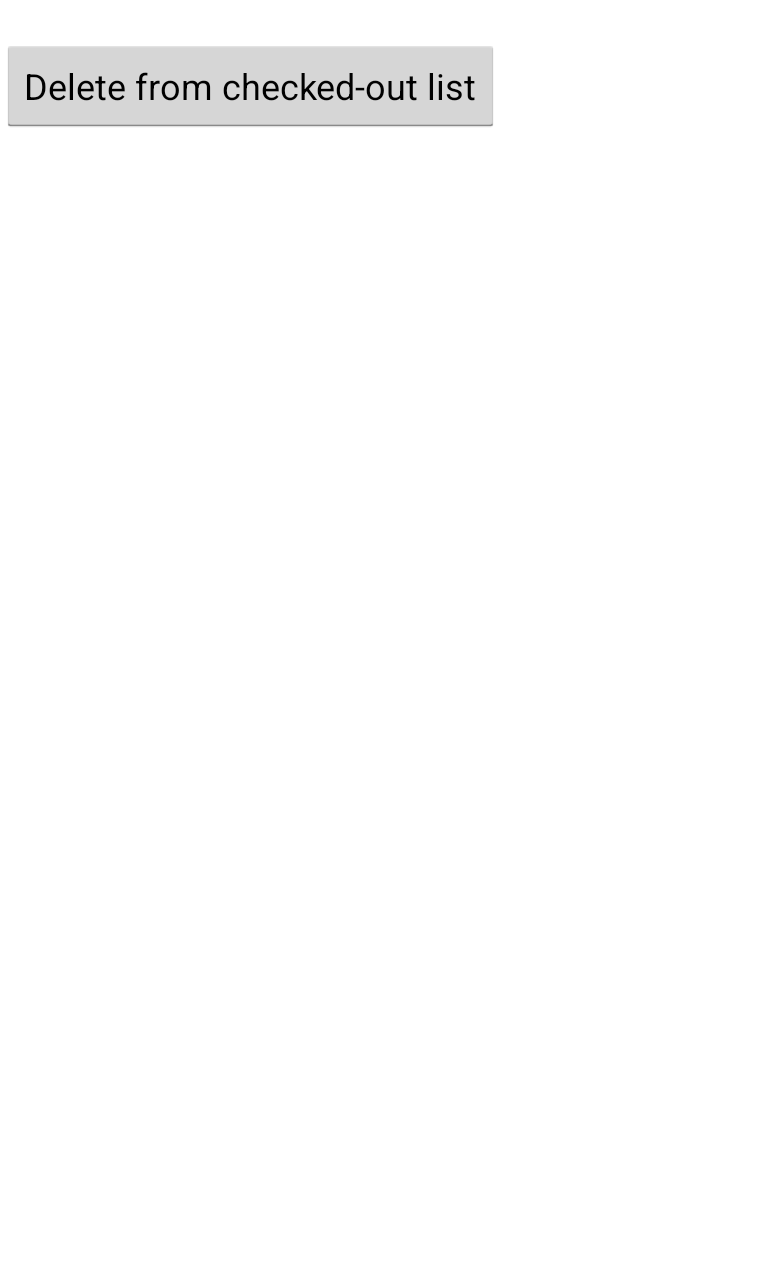
Repository: harvard-lil/wtwba-android-app
Layout: wtwba/res/layout/activity_delete_item.xml
An editor plug-in stored every save of this project. The layout is shown before and after the next save, followed by the edit.
It is drawn on a 768 x 1280 px phone screen (xhdpi) without system bars, with theme AppTheme; the app's code is not run.

Above is the layout before, as saved 2013-03-13 18:56:44.

### wtwba/res/layout/activity_delete_item.xml
<?xml version="1.0" encoding="utf-8"?>

<LinearLayout xmlns:android="http://schemas.android.com/apk/res/android"
    xmlns:tools="http://schemas.android.com/tools"
    android:layout_width="match_parent"
    android:layout_height="match_parent"
    android:orientation="vertical"
    >
    <TextView
        android:id="@+id/title_preview"
        android:layout_width="wrap_content"
        android:layout_height="wrap_content"
         />

    <Button
        android:layout_width="wrap_content"
        android:layout_height="wrap_content"
        android:text="@string/button_confirm_delete"
        android:onClick="deleteItem" />
</LinearLayout>



<?xml version="1.0" encoding="utf-8"?>
<LinearLayout xmlns:android="http://schemas.android.com/apk/res/android"
    android:layout_width="fill_parent"
    android:layout_height="fill_parent"
    android:paddingLeft="16dp"
    android:paddingRight="16dp"
    android:orientation="vertical" >

    <TextView
        android:id="@+id/title_preview"
        android:layout_width="fill_parent"
        android:layout_height="wrap_content"
         />

    <Button
        android:layout_width="100dp"
        android:layout_height="wrap_content"
        android:layout_gravity="right"
        android:text="@string/button_confirm_delete"
        android:onClick="deleteItem"/>
</LinearLayout>

### wtwba/res/values/strings.xml
<?xml version="1.0" encoding="utf-8"?>
<resources>

    <string name="app_name">wtwba</string>
    <string name="main_activity_title">Wild Books | Home</string>
    <string name="activity_item_details_title">Wild Books | New Item Details</string>
    <string name="activity_scan_title">Wild Books | Scan New Item</string>
    <string name="activity_manage_user_title">Wild Books | Manage User</string>
    <string name="activity_location_title">Select your current location</string>
    <string name="user_name_box_label">Enter your assigned user key</string>
    <string name="edit_message">Enter a message</string>

    <string name="button_confirm_delete">Delete from checked-out list</string>
    <string name="activity_delete_title">Delete an item</string>

    <string name="button_scan">Scan</string>
    <string name="button_item_confrim">Return home</string>
    <string name="button_add">Add to list</string>
    <string name="button_save_user_name">Save user key</string>
    <string name="menu_settings">Settings</string>
    <string name="title_activity_main">MainActivity</string>
    <string name="hello_world">Hello world!</string>
    <string name="title_holder">Sample Title Here</string>
    <string name="connection_error">Unable to connect to network</string>
    <string name="title_activity_display_message">DisplayMessageActivity</string>
    <string name="empty_list">You haven\'t added any items.</string>

</resources>

Loaded but not shown: wtwba/res/values-v11/styles.xml (common file); wtwba/res/values-v14/styles.xml (common file); wtwba/res/values/styles.xml (common file)

After the next save:
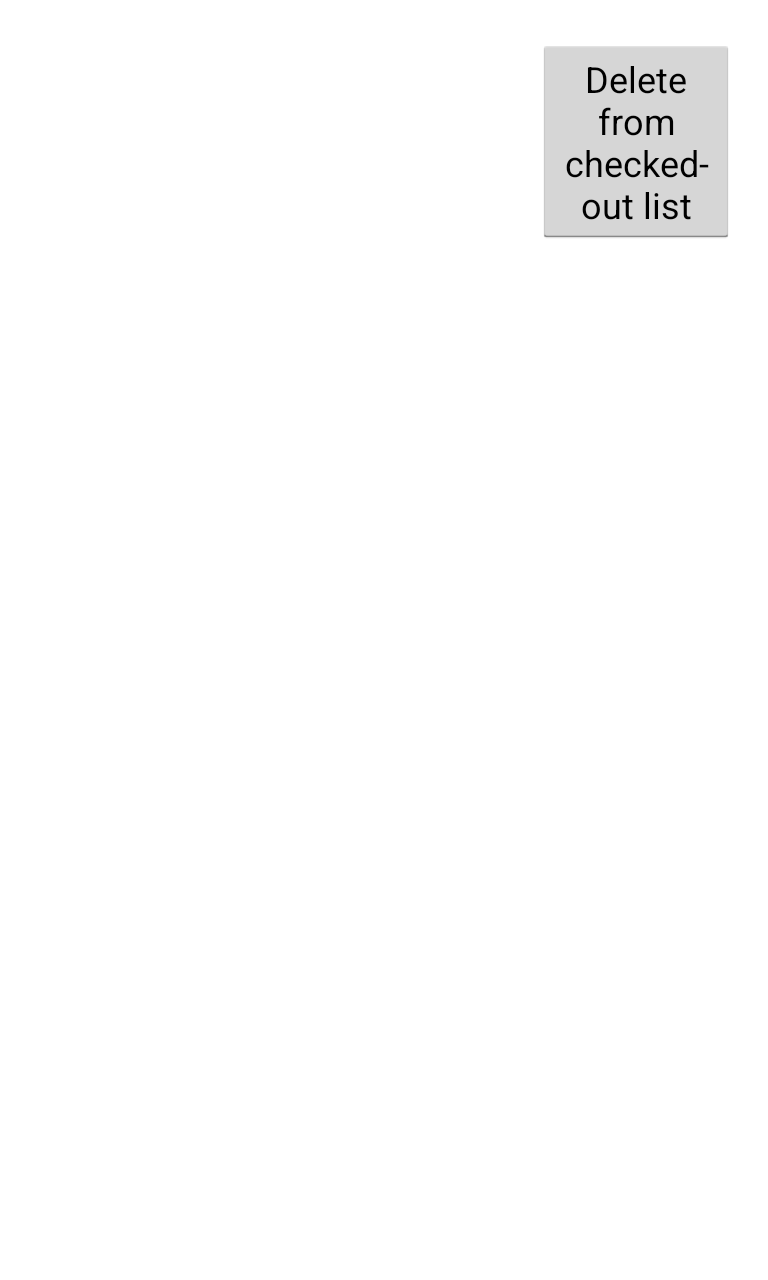
Saved 5 s later.
--- a/wtwba/res/layout/activity_delete_item.xml
+++ b/wtwba/res/layout/activity_delete_item.xml
@@ -1,26 +1,3 @@
-<?xml version="1.0" encoding="utf-8"?>
-
-<LinearLayout xmlns:android="http://schemas.android.com/apk/res/android"
-    xmlns:tools="http://schemas.android.com/tools"
-    android:layout_width="match_parent"
-    android:layout_height="match_parent"
-    android:orientation="vertical"
-    >
-    <TextView
-        android:id="@+id/title_preview"
-        android:layout_width="wrap_content"
-        android:layout_height="wrap_content"
-         />
-
-    <Button
-        android:layout_width="wrap_content"
-        android:layout_height="wrap_content"
-        android:text="@string/button_confirm_delete"
-        android:onClick="deleteItem" />
-</LinearLayout>
-
-
-
 <?xml version="1.0" encoding="utf-8"?>
 <LinearLayout xmlns:android="http://schemas.android.com/apk/res/android"
     android:layout_width="fill_parent"
